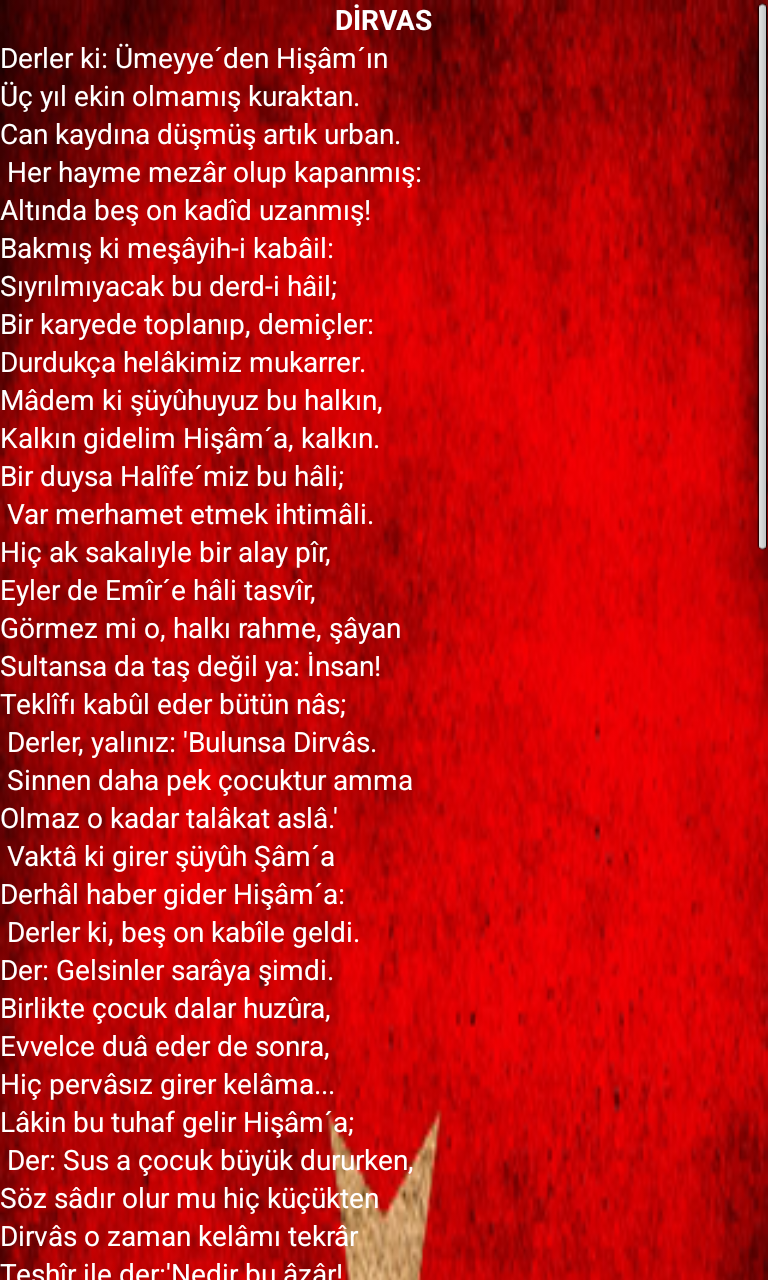
Repository: dokayazilim/Safahat-Android--Uygulamasi
Layout: safahat(android)/Safahat/res/layout/kitap25.xml
The author's editor kept a copy of each file at every save. The layout is drawn from the files as they stood at one save, then again after the next save.
It is drawn on a 768 x 1280 px phone screen (xhdpi) without system bars, with theme android:Theme; the app's code is not run.

Above is the layout before, as saved 2012-09-07 12:01:33.

After the next save:
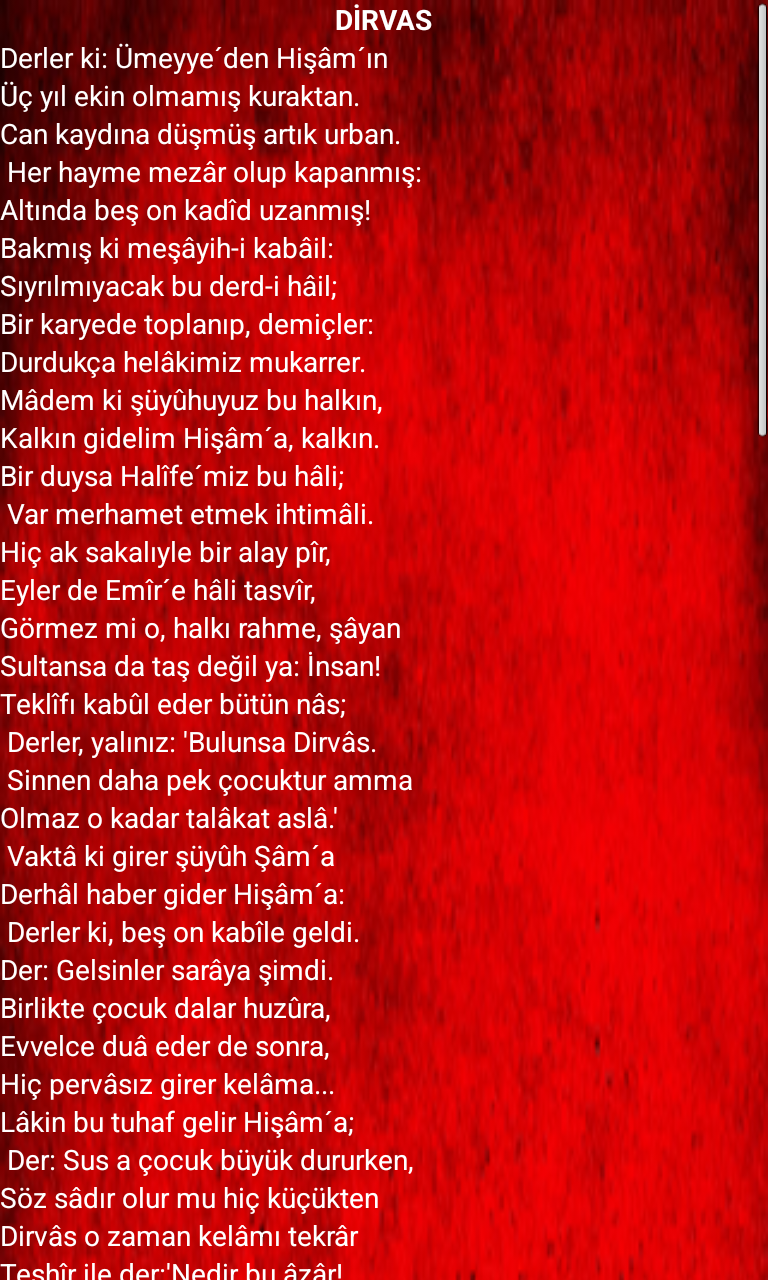
Saved 3 min 2 s later.
--- a/safahat(android)/Safahat/res/layout/kitap25.xml
+++ b/safahat(android)/Safahat/res/layout/kitap25.xml
@@ -417,61 +417,181 @@ Ben söyliyeyim de bir efendin,
         android:id="@+id/textView68"
         android:layout_width="wrap_content"
         android:layout_height="wrap_content"
-        android:text="Şebnem bile düşmüyor duâdan!
+        android:text="Binlerce duâya bir icâbet
   " android:textColor="#ffffff" />
 <TextView
         android:id="@+id/textView69"
         android:layout_width="wrap_content"
         android:layout_height="wrap_content"
-        android:text="Şebnem bile düşmüyor duâdan!
+        android:text="Göstermedi bârgâh-ı rahmet.
   " android:textColor="#ffffff" />
 <TextView
         android:id="@+id/textView70"
         android:layout_width="wrap_content"
         android:layout_height="wrap_content"
-        android:text="Şebnem bile düşmüyor duâdan!
+        android:text="Artık sana ilticâya geldik
   " android:textColor="#ffffff" />
 <TextView
         android:id="@+id/textView71"
         android:layout_width="wrap_content"
         android:layout_height="wrap_content"
-        android:text="Şebnem bile düşmüyor duâdan!
+        android:text="Reddetmez isen ricâya geldik:
   " android:textColor="#ffffff" />
 <TextView
         android:id="@+id/textView72"
         android:layout_width="wrap_content"
         android:layout_height="wrap_content"
-        android:text="Şebnem bile düşmüyor duâdan!
+        android:text="Görmekteyiz ey Emîr-i âdil,
   " android:textColor="#ffffff" />
 <TextView
         android:id="@+id/textView73"
         android:layout_width="wrap_content"
         android:layout_height="wrap_content"
-        android:text="Şebnem bile düşmüyor duâdan!
+        android:text="-İnkân bunun değil ya kâbil-
   " android:textColor="#ffffff" />
 <TextView
         android:id="@+id/textView74"
         android:layout_width="wrap_content"
         android:layout_height="wrap_content"
-        android:text="Şebnem bile düşmüyor duâdan!
+        android:text="Yok sendeki ihtişâma pâyân;
   " android:textColor="#ffffff" />
 <TextView
         android:id="@+id/textView75"
         android:layout_width="wrap_content"
         android:layout_height="wrap_content"
-        android:text="Şebnem bile düşmüyor duâdan!
+        android:text="Bizlerse alay alay sefılân ;
   " android:textColor="#ffffff" />
 <TextView
         android:id="@+id/textView76"
         android:layout_width="wrap_content"
         android:layout_height="wrap_content"
-        android:text="Şebnem bile düşmüyor duâdan!
-  " android:textColor="#ffffff" />
-<TextView
-        android:id="@+id/textView77"
-        android:layout_width="wrap_content"
-        android:layout_height="wrap_content"
-        android:text="Şebnem bile düşmüyor duâdan!
+        android:text="Bir yanda demek ki fazla var çok;
+  " android:textColor="#ffffff" />
+<TextView
+        android:id="@+id/textView77"
+        android:layout_width="wrap_content"
+        android:layout_height="wrap_content"
+        android:text="Hayfâ ki öbür tarafta hiç yok.
+  " android:textColor="#ffffff" />
+<TextView
+        android:id="@+id/textView77"
+        android:layout_width="wrap_content"
+        android:layout_height="wrap_content"
+        android:text="Hayfâ ki öbür tarafta hiç yok.
+  " android:textColor="#ffffff" />
+<TextView
+        android:id="@+id/textView77"
+        android:layout_width="wrap_content"
+        android:layout_height="wrap_content"
+        android:text="Hayfâ ki öbür tarafta hiç yok.
+  " android:textColor="#ffffff" />
+<TextView
+        android:id="@+id/textView77"
+        android:layout_width="wrap_content"
+        android:layout_height="wrap_content"
+        android:text="Hayfâ ki öbür tarafta hiç yok.
+  " android:textColor="#ffffff" />
+<TextView
+        android:id="@+id/textView77"
+        android:layout_width="wrap_content"
+        android:layout_height="wrap_content"
+        android:text="Hayfâ ki öbür tarafta hiç yok.
+  " android:textColor="#ffffff" />
+<TextView
+        android:id="@+id/textView77"
+        android:layout_width="wrap_content"
+        android:layout_height="wrap_content"
+        android:text="Hayfâ ki öbür tarafta hiç yok.
+  " android:textColor="#ffffff" />
+<TextView
+        android:id="@+id/textView77"
+        android:layout_width="wrap_content"
+        android:layout_height="wrap_content"
+        android:text="Hayfâ ki öbür tarafta hiç yok.
+  " android:textColor="#ffffff" />
+<TextView
+        android:id="@+id/textView77"
+        android:layout_width="wrap_content"
+        android:layout_height="wrap_content"
+        android:text="Hayfâ ki öbür tarafta hiç yok.
+  " android:textColor="#ffffff" />
+<TextView
+        android:id="@+id/textView77"
+        android:layout_width="wrap_content"
+        android:layout_height="wrap_content"
+        android:text="Hayfâ ki öbür tarafta hiç yok.
+  " android:textColor="#ffffff" />
+<TextView
+        android:id="@+id/textView77"
+        android:layout_width="wrap_content"
+        android:layout_height="wrap_content"
+        android:text="Hayfâ ki öbür tarafta hiç yok.
+  " android:textColor="#ffffff" />
+<TextView
+        android:id="@+id/textView77"
+        android:layout_width="wrap_content"
+        android:layout_height="wrap_content"
+        android:text="Hayfâ ki öbür tarafta hiç yok.
+  " android:textColor="#ffffff" />
+<TextView
+        android:id="@+id/textView77"
+        android:layout_width="wrap_content"
+        android:layout_height="wrap_content"
+        android:text="Hayfâ ki öbür tarafta hiç yok.
+  " android:textColor="#ffffff" />
+<TextView
+        android:id="@+id/textView77"
+        android:layout_width="wrap_content"
+        android:layout_height="wrap_content"
+        android:text="Hayfâ ki öbür tarafta hiç yok.
+  " android:textColor="#ffffff" />
+<TextView
+        android:id="@+id/textView77"
+        android:layout_width="wrap_content"
+        android:layout_height="wrap_content"
+        android:text="Hayfâ ki öbür tarafta hiç yok.
+  " android:textColor="#ffffff" />
+<TextView
+        android:id="@+id/textView77"
+        android:layout_width="wrap_content"
+        android:layout_height="wrap_content"
+        android:text="Hayfâ ki öbür tarafta hiç yok.
+  " android:textColor="#ffffff" />
+<TextView
+        android:id="@+id/textView77"
+        android:layout_width="wrap_content"
+        android:layout_height="wrap_content"
+        android:text="Hayfâ ki öbür tarafta hiç yok.
+  " android:textColor="#ffffff" />
+<TextView
+        android:id="@+id/textView77"
+        android:layout_width="wrap_content"
+        android:layout_height="wrap_content"
+        android:text="Hayfâ ki öbür tarafta hiç yok.
+  " android:textColor="#ffffff" />
+<TextView
+        android:id="@+id/textView77"
+        android:layout_width="wrap_content"
+        android:layout_height="wrap_content"
+        android:text="Hayfâ ki öbür tarafta hiç yok.
+  " android:textColor="#ffffff" />
+<TextView
+        android:id="@+id/textView77"
+        android:layout_width="wrap_content"
+        android:layout_height="wrap_content"
+        android:text="Hayfâ ki öbür tarafta hiç yok.
+  " android:textColor="#ffffff" />
+<TextView
+        android:id="@+id/textView77"
+        android:layout_width="wrap_content"
+        android:layout_height="wrap_content"
+        android:text="Hayfâ ki öbür tarafta hiç yok.
+  " android:textColor="#ffffff" />
+<TextView
+        android:id="@+id/textView77"
+        android:layout_width="wrap_content"
+        android:layout_height="wrap_content"
+        android:text="Hayfâ ki öbür tarafta hiç yok.
   " android:textColor="#ffffff" />
 
 
